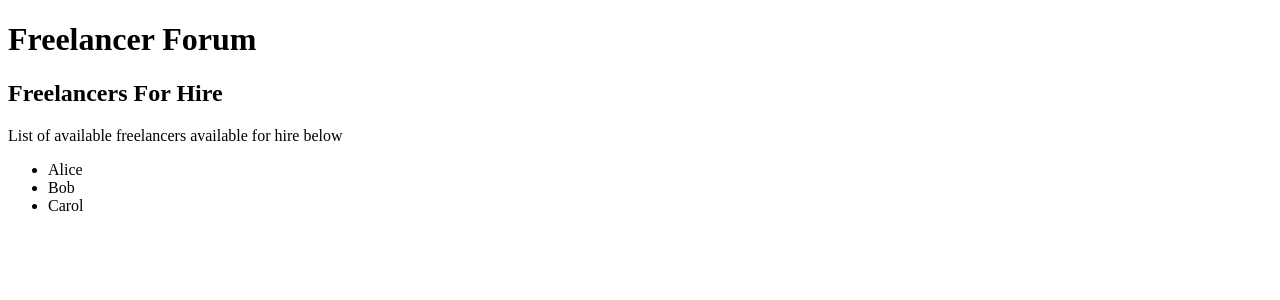
Repository: MelindaN14/Unit2.FreelancerForum
Page: forum/app.html
The author's editor kept a copy of each file at every save. The page is drawn from the files as they stood at one save, then again after a run of saves.
The browser window is 1280 px wide. The pictures show the whole page.

Above is the page before, as saved 2024-04-10 20:37:06.

### forum/app.html
<!DOCTYPE html>
<html lang="en">
  <head>
    <meta charset="UTF-8" />
    <meta name="viewport" content="width=device-width, initial-scale=1.0" />
    <title>Document</title>
    <script src="app.js"></script>
  </head>
  <body>
    <h1>Freelancer Forum</h1>
    <h2>Freelancers For Hire</h2>
    <p>List of available freelancers available for hire below</p>
    <td>
    <ul class="Freelancers">
      <li>Alice</li>
      <li>Bob</li>
      <li>Carol</li>
    </ul>
    </td>
  </body>
</html>
<!-- write out names of the freelancers and their respective jobs
put them into a table? they want a new freelancer to be added and appear every few seconds and the aver
starting price -->

Loaded but not shown: forum/app.js (common file)

After the next 2 saves:
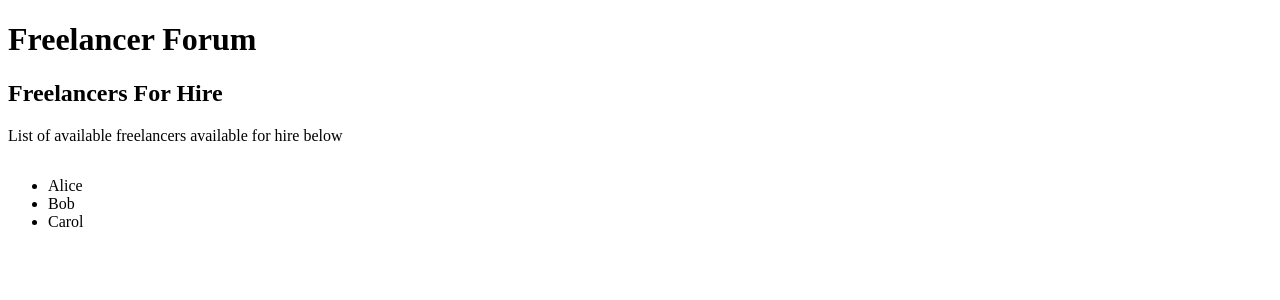
The 2 saves are shown as one change because they came seconds apart.
The last was saved 58 s later.
--- a/forum/app.html
+++ b/forum/app.html
@@ -10,6 +10,7 @@
     <h1>Freelancer Forum</h1>
     <h2>Freelancers For Hire</h2>
     <p>List of available freelancers available for hire below</p>
+    <table></table>
     <td>
     <ul class="Freelancers">
       <li>Alice</li>
